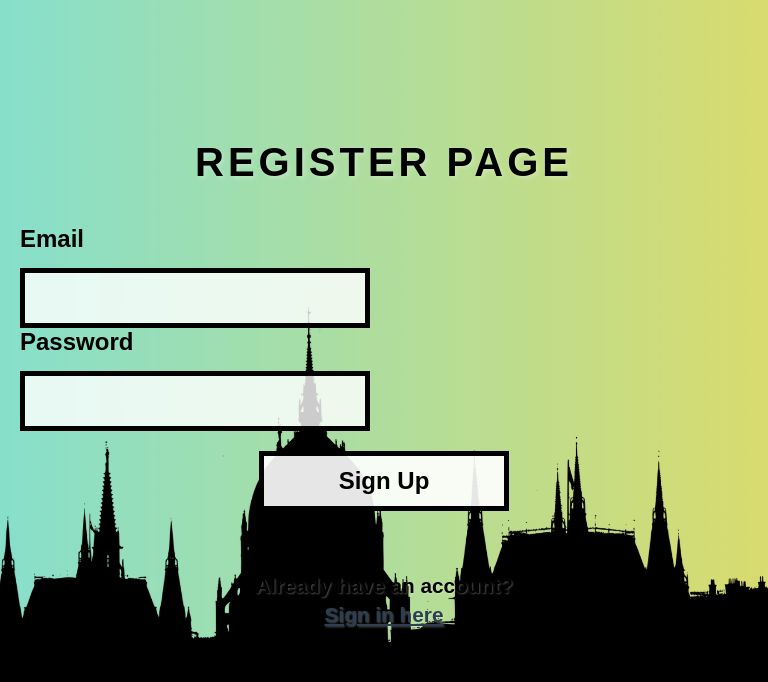
Repository: YummyFrog/WP_Project_2
Page: register.html
The author's editor kept a copy of each file at every save. The page is drawn from the files as they stood at one save, then again after the next save.
The browser window is 768 px wide. The pictures show the whole page.

Above is the page before, as saved 2025-08-02 21:28:06.

### register.html
<!DOCTYPE html>
<html lang="en">
<head>
    <meta charset="UTF-8">
    <meta name="viewport" content="width=device-width, initial-scale=1.0">
    <title>Register - Fifteen Puzzle</title>
    <link rel="stylesheet" href="login-styles.css">
</head>
<body>
    <div class="login-container">
        <div class="login-header">
            <h1>REGISTER PAGE</h1>
        </div>

        <div class="login-form-container">
            <form action="register.php" method="post" class="login-form">
                <div class="input-group">
                    <label for="username">Email</label>
                    <input type="text" id="username" name="username" required>
                </div>

                <div class="input-group">
                    <label for="password">Password</label>
                    <input type="password" id="password" name="password" required>
                </div>

                <button type="submit" class="sign-in-btn">Sign up</button>
            </form>

            <div class="signup-link">
                <p>Already have an account?<br>
                <a href="login.html">Sign in here</a></p>
            </div>
        </div>
    </div>
</body>
</html>

### login-styles.css
* {
    margin: 0;
    padding: 0;
    box-sizing: border-box;
}

body {
    font-family: 'Arial', sans-serif;
    margin: 0;
    padding: 0;
    height: 100vh;
    background-image: url('loginbg.png');
    background-size: cover;
    background-position: center;
    background-repeat: no-repeat;
    background-attachment: fixed;
    display: flex;
    justify-content: center;
    align-items: center;
}

.login-container {
    width: 100%;
    max-width: 1200px;
    padding: 20px;
    text-align: center;
    position: absolute;
    top: 15%;
    left: 50%;
    transform: translateX(-50%);
}

.login-header {
    margin-bottom: 40px;
}

.login-header h1 {
    font-size: 3.5rem;
    font-weight: bold;
    color: black;
    letter-spacing: 0.1em;
    text-transform: uppercase;
    margin-bottom: 20px;
    text-shadow: 2px 2px 4px rgba(255, 255, 255, 0.3);
}

/* Removed the decorative line under the header */

.login-form-container {
    display: flex;
    flex-direction: column;
    align-items: center;
    gap: 40px;
    max-width: 1000px;
    margin: 0 auto;
}

.login-form {
    width: 100%;
    text-align: center;
}

.form-inputs {
    display: flex;
    justify-content: center;
    gap: 60px;
    margin-bottom: 30px;
    align-items: flex-end;
}

.input-group {
    flex: 1;
    max-width: 350px;
    text-align: left;
}

.input-group label {
    display: block;
    font-size: 2rem;
    font-weight: bold;
    color: black;
    margin-bottom: 15px;
    text-transform: capitalize;
}

.input-group input {
    width: 100%;
    height: 70px;
    border: 5px solid black;
    background-color: rgba(255, 255, 255, 0.8);
    font-size: 1.2rem;
    padding: 0 20px;
    border-radius: 0;
    outline: none;
    transition: all 0.3s ease;
}

.input-group input:focus {
    background-color: rgba(255, 255, 255, 0.95);
    border-color: #333;
    box-shadow: 0 0 10px rgba(0, 0, 0, 0.2);
}

.sign-in-btn {
    width: 300px;
    height: 70px;
    background-color: rgba(255, 255, 255, 0.9);
    border: 5px solid black;
    font-size: 1.8rem;
    font-weight: bold;
    color: black;
    cursor: pointer;
    transition: all 0.3s ease;
    text-transform: capitalize;
    margin-top: 20px;
}

.sign-in-btn:hover {
    background-color: rgba(255, 255, 255, 1);
    transform: scale(1.05);
    box-shadow: 0 4px 12px rgba(0, 0, 0, 0.3);
}

.sign-in-btn:active {
    transform: scale(0.98);
}

.signup-link {
    text-align: center;
    margin-top: 20px;
}

.signup-link p {
    font-size: 1.6rem;
    font-weight: bold;
    color: black;
    line-height: 1.4;
    text-shadow: 1px 1px 2px rgba(255, 255, 255, 0.3);
}

.signup-link a {
    color: #2c3e50;
    text-decoration: underline;
    font-weight: bold;
    transition: all 0.3s ease;
}

.signup-link a:hover {
    color: #1a252f;
    text-decoration: none;
    text-shadow: 2px 2px 4px rgba(255, 255, 255, 0.5);
}

/* Responsive Design */
@media (max-width: 768px) {
    .login-header h1 {
        font-size: 2.5rem;
    }

    .login-form-container {
        flex-direction: column;
        gap: 40px;
        align-items: center;
    }

    .input-group label {
        font-size: 1.5rem;
    }

    .input-group input {
        height: 60px;
        font-size: 1rem;
    }

    .sign-in-btn {
        width: 250px;
        height: 60px;
        font-size: 1.5rem;
    }

    .signup-link p {
        font-size: 1.3rem;
    }
}

@media (max-width: 480px) {
    .login-container {
        padding: 20px 15px;
    }

    .login-header h1 {
        font-size: 2rem;
    }

    .input-group input {
        height: 50px;
    }

    .sign-in-btn {
        width: 200px;
        height: 50px;
        font-size: 1.3rem;
    }
}

After the next save:
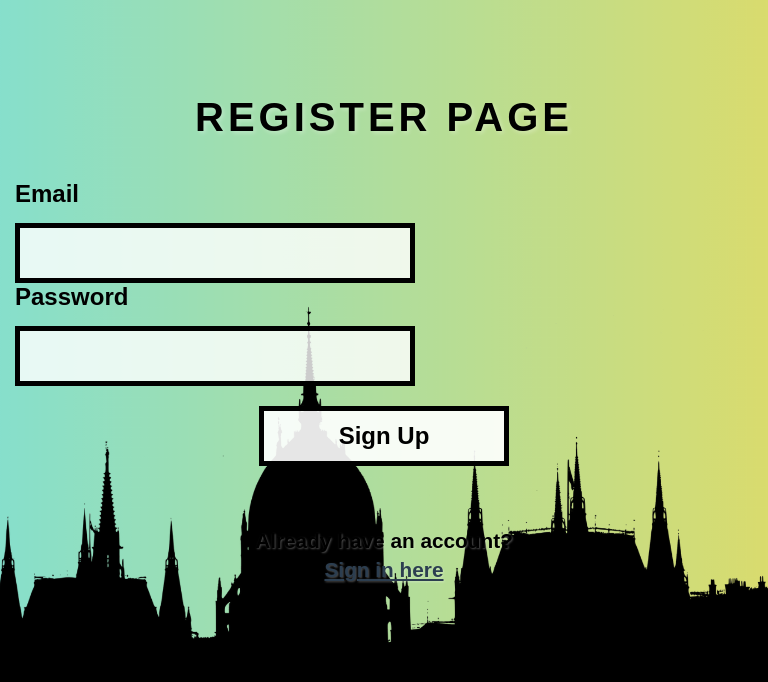
Saved 12 s later.
--- a/login-styles.css
+++ b/login-styles.css
@@ -153,14 +153,24 @@
 
 /* Responsive Design */
 @media (max-width: 768px) {
+    .login-container {
+        top: 10%;
+        padding: 15px;
+    }
+
     .login-header h1 {
         font-size: 2.5rem;
     }
 
-    .login-form-container {
+    .form-inputs {
         flex-direction: column;
-        gap: 40px;
+        gap: 30px;
         align-items: center;
+    }
+
+    .input-group {
+        max-width: 400px;
+        width: 100%;
     }
 
     .input-group label {
